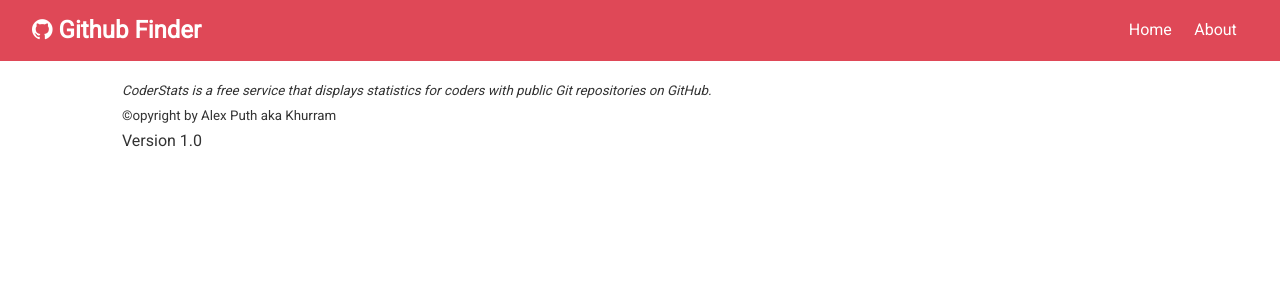
Repository: Abbaskhurram255/github-finder
Page: /about
The author's editor kept a copy of each file at every save. The page is drawn from the files as they stood at one save, then again after the next save.
The browser window is 1280 px wide. The pictures show the whole page.
The page's requests for data from a server got no answer. The project was rebuilt for these pictures with package versions that can differ from the ones it lists, and the page was loaded fresh each time. No one was signed in, and anything a server would have sent is missing. Also part of the build but not shown: src/components/repos/RepoItem.js, src/components/repos/Repos.js, src/components/users/User.js, src/components/layout/Alert.js, src/components/users/Search.js, src/components/users/UserItem.js, src/components/users/Users.js, src/components/pages/Home.js and 1 more. Imported but missing from the stored project, and not drawn on this page: src/components/layout/Spinner.

Above is the page before, as saved 2020-12-19 22:10:43.

### public/index.html
<!DOCTYPE html>
<html lang="en">
  <head>
    <meta charset="utf-8" />
    <link rel="icon" href="%PUBLIC_URL%/favicon.ico" />
    <meta name="viewport" content="width=device-width, initial-scale=1" />
    <meta name="theme-color" content="#000000" />
    <meta
      name="description"
      content="Web site created using create-react-app"
    />
    <link rel="apple-touch-icon" href="%PUBLIC_URL%/logo192.png" />
    <link rel="manifest" href="%PUBLIC_URL%/manifest.json" />
    <link
      href="https://stackpath.bootstrapcdn.com/font-awesome/4.7.0/css/font-awesome.min.css"
      rel="stylesheet"
      integrity="sha384-wvfXpqpZZVQGK6TAh5PVlGOfQNHSoD2xbE+QkPxCAFlNEevoEH3Sl0sibVcOQVnN"
      crossorigin="anonymous"
    />
    <title>GitHub Finder</title>
  </head>
  <body>
    <noscript>You need to enable JavaScript to run this app.</noscript>
    <div id="root"></div>
  </body>
</html>

### src/App.js
import React, { useState } from 'react';
import { BrowserRouter as Router, Switch, Route } from 'react-router-dom';
import Navbar from './components/layout/Navbar';
import User from './components/users/User';
import Alert from './components/layout/Alert';
import Home from './components/pages/Home';
import NotFound from './components/pages/NotFound';
import About from './components/pages/About';

import GithubState from './context/github/GithubState';
import AlertState from './context/alert/AlertState';

import './App.css';

const App = () => {
  useState(null);

  return (
    <GithubState>
      <AlertState>
        <Router>
          <div className="app">
            <Navbar title="Github Finder" icon="fa fa-github" />
            <div className="container">
              <Alert />
              <Switch>
                <Route exact path="/" component={Home} />
                <Route exact path="/about" component={About} />
                <Route exact path="/user/:login" component={User} />
                <Route component={NotFound} />
              </Switch>
            </div>
          </div>
        </Router>
      </AlertState>
    </GithubState>
  );
};

export default App;

### src/components/layout/Navbar.js
import React from 'react';
import PropTypes from 'prop-types';
import { Link } from 'react-router-dom';

const Navbar = ({ icon, title }) => {
  return (
    <nav className="navbar bg-primary">
      <h1>
        <i className={icon} aria-hidden="true"></i> {title}
      </h1>
      <ul>
        <li>
          <Link to="/">Home</Link>
        </li>
        <li>
          <Link to="/about">About</Link>
        </li>
      </ul>
    </nav>
  );
};

Navbar.defaultProps = {
  title: 'Github Finder',
  icon: 'fa fa-github'
};

Navbar.propTypes = {
  title: PropTypes.string.isRequired,
  icon: PropTypes.string.isRequired
};

export default Navbar;

### src/components/pages/About.js
import React, { Fragment } from 'react';

const About = () => {
  return (
    <Fragment>
      <small><em>CoderStats is a free service that displays statistics for coders with public Git repositories on GitHub.</em><br /><span id='ab'>&copy;opyright by Alex Puth aka Khurram</span></small><br />
      <p>Version 1.0</p>
    </Fragment>
  );
};

export default About;

### src/context/github/GithubState.js
import React, { useReducer } from 'react';
import axios from 'axios';
import GithubContext from './githubContext';
import GithubReducer from './githubReducer';
import {
  SEARCH_USERS,
  SET_LOADING,
  CLEAR_USERS,
  GET_USER,
  GET_REPOS
} from '../types';

let githubClientId;
let githubClientSecret;

if (process.env.NODE_ENV !== 'production') {
  githubClientId = process.env.REACT_APP_GITHUB_CLIENT_ID;
  githubClientSecret = process.REACT_APP_GITHUB_CLIENT_SECRET;
} else {
  githubClientId = process.env.GITHUB_CLIENT_ID;
  githubClientSecret = process.GITHUB_CLIENT_SECRET;
}

const GithubState = props => {
  const initialState = {
    users: [],
    user: {},
    repos: [],
    loading: false
  };

  const [state, dispatch] = useReducer(GithubReducer, initialState);
  // Search Users
  const searchUsers = async text => {
    setLoading();

    const res = await axios.get(
      `https://api.github.com/search/users?q=${text}&client_id=${githubClientId}&client_secret=${githubClientSecret})`
    );

    dispatch({
      type: SEARCH_USERS,
      payload: res.data.items
    });
  };

  // Get User
  const getUser = async username => {
    setLoading();

    const res = await axios.get(
      `https://api.github.com/users/${username}?client_id=${githubClientId}&client_secret=${githubClientSecret})`
    );

    dispatch({
      type: GET_USER,
      payload: res.data
    });
  };

  // Get Repos
  const getUserRepos = async username => {
    setLoading();

    const res = await axios.get(
      `https://api.github.com/users/${username}/repos?per_page=5&sort=created:asc&client_id=${githubClientId}&client_secret=${githubClientSecret})`
    );

    dispatch({
      type: GET_REPOS,
      payload: res.data
    });
  };

  // Clear Users
  const clearUsers = () =>
    dispatch({
      type: CLEAR_USERS
    });

  // Set Loading
  const setLoading = () => dispatch({ type: SET_LOADING });

  return (
    <GithubContext.Provider
      value={{
        users: state.users,
        user: state.user,
        repos: state.repos,
        loading: state.loading,
        searchUsers,
        clearUsers,
        getUser,
        getUserRepos
      }}
    >
      {props.children}
    </GithubContext.Provider>
  );
};

export default GithubState;

### src/context/alert/AlertState.js
import React, { useReducer } from 'react';

import AlertContext from './alertContext';
import AlertReducer from './alertReducer';
import { SET_ALERT, REMOVE_ALERT } from '../types';

const AlertState = props => {
  const initialState = null;

  const [state, dispatch] = useReducer(AlertReducer, initialState);

  // Set Alert
  const setAlert = (msg, type) => {
    dispatch({
      type: SET_ALERT,
      payload: { msg, type }
    });

    setTimeout(() => dispatch({ type: REMOVE_ALERT }), 5000);
  };

  return (
    <AlertContext.Provider
      value={{
        alert: state,
        setAlert
      }}
    >
      {props.children}
    </AlertContext.Provider>
  );
};

export default AlertState;

### src/context/github/githubReducer.js
import {
  SEARCH_USERS,
  SET_LOADING,
  CLEAR_USERS,
  GET_USER,
  GET_REPOS
} from '../types';

export default (state, action) => {
  switch (action.type) {
    case SEARCH_USERS:
      return {
        ...state,
        users: action.payload,
        loading: false
      };
    case GET_USER:
      return {
        ...state,
        user: action.payload,
        loading: false
      };
    case CLEAR_USERS:
      return {
        ...state,
        users: [],
        loading: false
      };
    case GET_REPOS:
      return {
        ...state,
        repos: action.payload,
        loading: false
      };
    case SET_LOADING:
      return {
        ...state,
        loading: true
      };
    default:
      return state;
  }
};

Loaded but not shown: src/index.js (common file); src/App.css (common file); src/context/github/githubContext.js (common file); src/context/alert/alertContext.js (common file); src/context/types.js (common file); src/context/alert/alertReducer.js (common file)

After the next save:
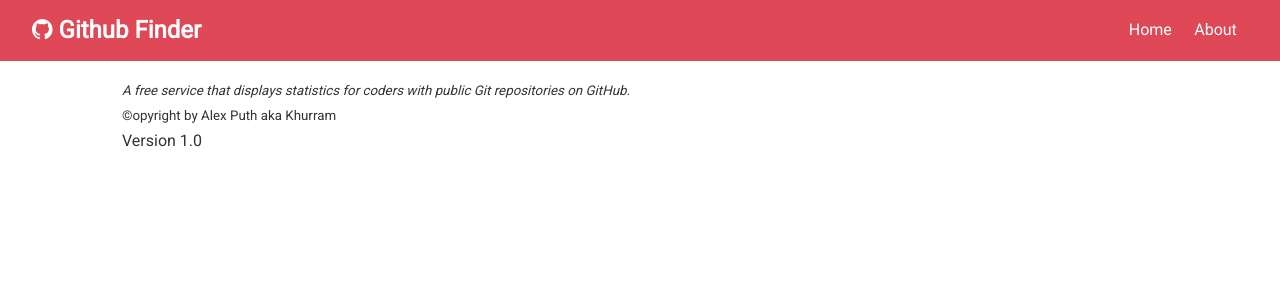
Saved 21 s later.
--- a/src/components/pages/About.js
+++ b/src/components/pages/About.js
@@ -3,7 +3,7 @@
 const About = () => {
   return (
     <Fragment>
-      <small><em>CoderStats is a free service that displays statistics for coders with public Git repositories on GitHub.</em><br /><span id='ab'>&copy;opyright by Alex Puth aka Khurram</span></small><br />
+      <small><em>A free service that displays statistics for coders with public Git repositories on GitHub.</em><br /><span id='ab'>&copy;opyright by Alex Puth aka Khurram</span></small><br />
       <p>Version 1.0</p>
     </Fragment>
   );
